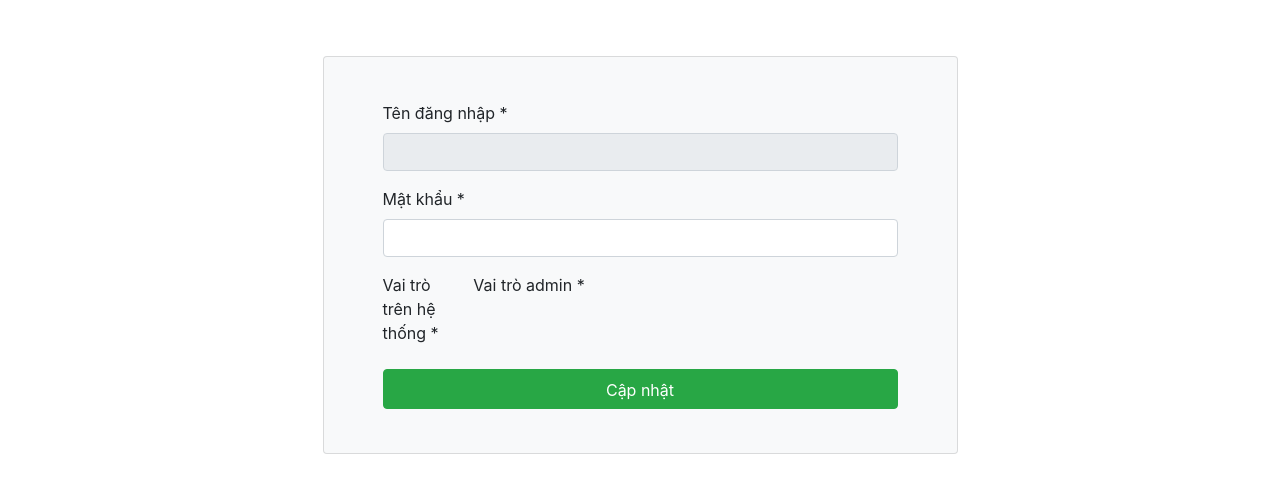
Repository: nguyenmanhtruongdat/javaServletFinalEx
Page: http://localhost/test/updateAcc
These files come from the project's save history. The page is drawn as it stood at one moment and after the next save; the edit follows.
The browser window is 1280 px wide. The pictures show the whole page.
Some web libraries are served in a nearby version. The page is served by Tomcat 9. Queries for data that is not in the repository find no rows.

Above is the page before, as saved 2022-07-05 13:58:31.

After the next save:
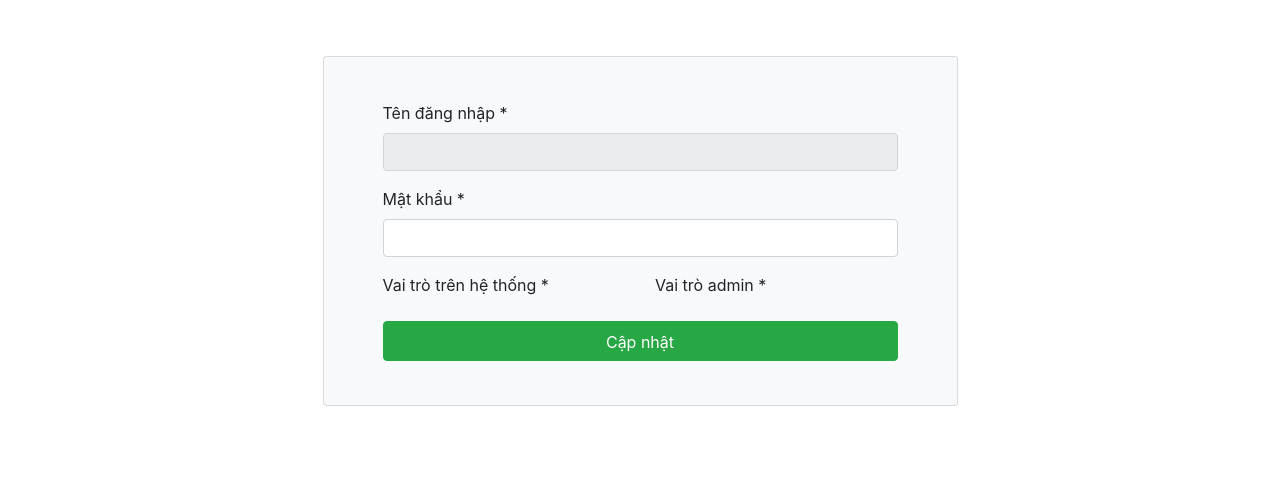
Saved 32 s later.
--- a/vku/ktx/test/src/main/webapp/updateAcc.jsp
+++ b/vku/ktx/test/src/main/webapp/updateAcc.jsp
@@ -60,13 +60,13 @@
 												</div>
 											</div>
 																						<div class="row">
-												<div class="col-md-2">
+												<div class="col-md-6">
 													<div class="form-group">
 														<label for="masv">Vai trò trên hệ thống <span><span>*</span></span></label>
 
 													</div>
 												</div>
-												<div class="col-md-10">
+												<div class="col-md-6">
 													<div class="form-group">
 														<label for="hoten">Vai trò admin <span><span>*</span></span></label>
 														<c:if test="${acc.isAdmin ==1 }">Admin<input type="radio" checked="checked" value="${acc.isUser}" name="isUser"
